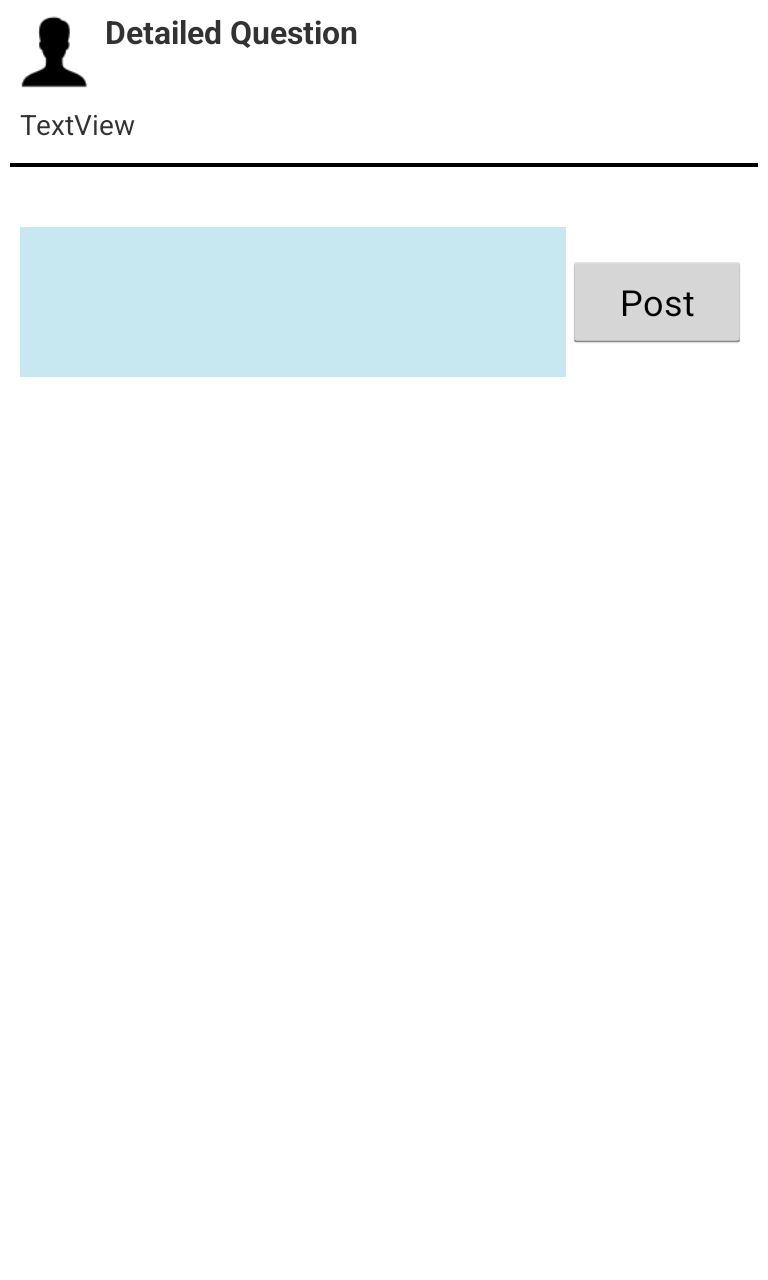
Repository: AdityaKiet/android-work2
Layout: UPTUQuestionBank/res/layout/explore_question.xml
The author's editor kept a copy of each file at every save. The layout is drawn from the files as they stood at one save, then again after the next save.
It is drawn on a 768 x 1280 px phone screen (xhdpi) without system bars, with theme AppTheme; the app's code is not run.

Above is the layout before, as saved 2015-04-25 14:18:11.

### UPTUQuestionBank/res/layout/explore_question.xml
<?xml version="1.0" encoding="utf-8"?>
<LinearLayout xmlns:android="http://schemas.android.com/apk/res/android"
    android:layout_width="fill_parent"
    android:layout_height="fill_parent"
    android:background="#ffffff"
    android:orientation="vertical" >

    <ScrollView
        android:layout_width="fill_parent"
        android:layout_height="wrap_content"
        android:layout_margin="5dp" >

        <LinearLayout
            android:layout_width="fill_parent"
            android:layout_height="wrap_content"
            android:orientation="vertical" >

            <LinearLayout
                android:layout_width="fill_parent"
                android:layout_height="wrap_content"
                android:orientation="horizontal" >

                <ImageView
                    android:id="@+id/imgExploreQuestionUser"
                    android:layout_width="wrap_content"
                    android:layout_height="wrap_content"
                    android:src="@drawable/person" />

                <TextView
                    android:id="@+id/txtExploreQuestionTitle"
                    android:layout_width="wrap_content"
                    android:layout_height="wrap_content"
                    android:layout_marginLeft="5dp"
                    android:text="Detailed Question"
                    android:textSize="16sp"
                    android:textStyle="bold" />
            </LinearLayout>

            <TextView
                android:id="@+id/txtExploreQuestionContent"
                android:layout_width="fill_parent"
                android:layout_height="wrap_content"
                android:layout_margin="5dp"
                android:text="TextView" />

            <View
                android:layout_width="fill_parent"
                android:layout_height="2dp"
                android:layout_marginBottom="10dp"
                android:layout_marginTop="5dp"
                android:background="#000000" />

            <LinearLayout
                android:id="@+id/linearAnswers"
                android:layout_width="fill_parent"
                android:layout_height="wrap_content"
                android:layout_marginTop="10dp"
                android:orientation="vertical" >
            </LinearLayout>

            <LinearLayout
                android:layout_width="fill_parent"
                android:layout_height="75dp"
                android:layout_marginLeft="5dp"
                android:layout_marginRight="5dp"
                android:layout_marginTop="10dp"
                android:orientation="horizontal"
                android:weightSum="1" >

                <EditText
                    android:id="@+id/etPostAnswer"
                    android:layout_width="0dip"
                    android:layout_height="match_parent"
                    android:layout_weight="0.75"
                    android:background="#C7E8F1" />

                <Button
                    android:id="@+id/btnPostAnswer"
                    android:layout_width="0dip"
                    android:layout_height="wrap_content"
                    android:layout_weight="0.25"
                    android:text="Post" />
            </LinearLayout>
        </LinearLayout>
    </ScrollView>

</LinearLayout>

Loaded but not shown: UPTUQuestionBank/res/values/styles.xml (common file); UPTUQuestionBank/res/values-v11/styles.xml (common file); UPTUQuestionBank/res/values-v14/styles.xml (common file)

After the next save:
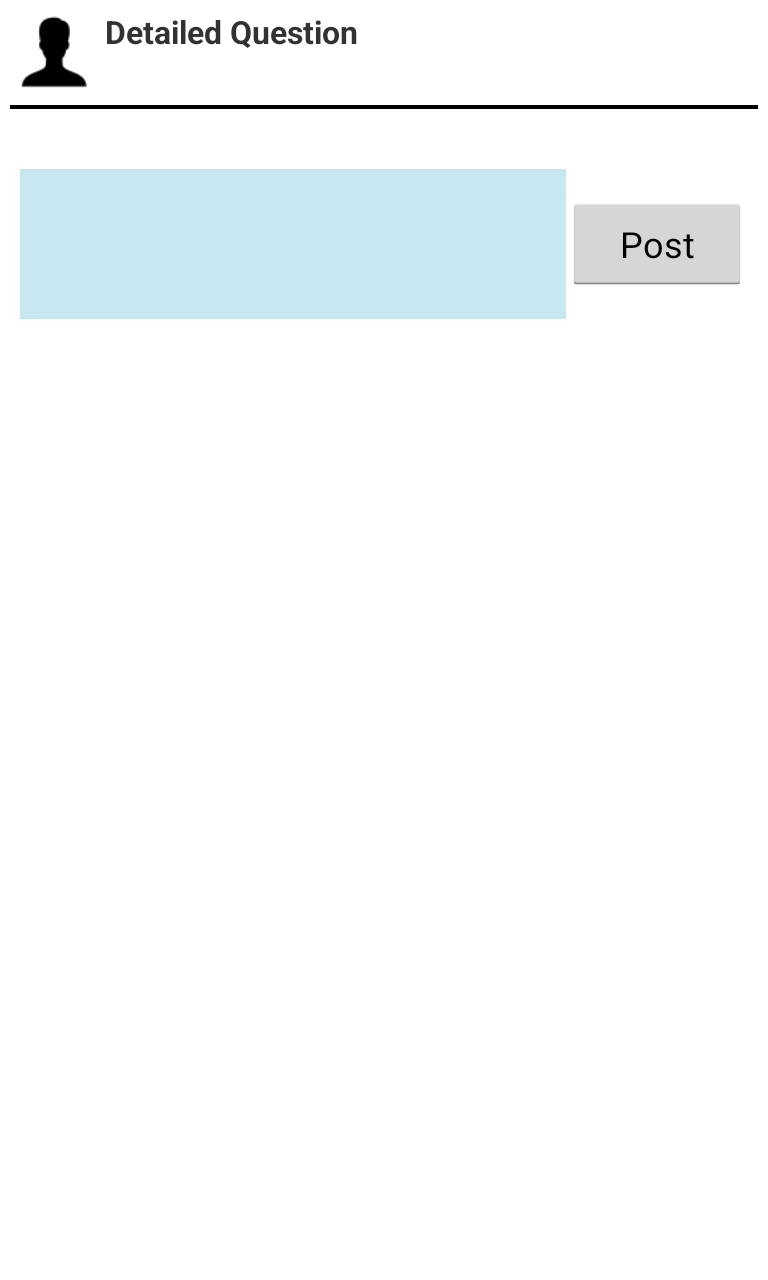
Saved 79 s later.
--- a/UPTUQuestionBank/res/layout/explore_question.xml
+++ b/UPTUQuestionBank/res/layout/explore_question.xml
@@ -36,12 +36,7 @@
                     android:textStyle="bold" />
             </LinearLayout>
 
-            <TextView
-                android:id="@+id/txtExploreQuestionContent"
-                android:layout_width="fill_parent"
-                android:layout_height="wrap_content"
-                android:layout_margin="5dp"
-                android:text="TextView" />
+
 
             <View
                 android:layout_width="fill_parent"
